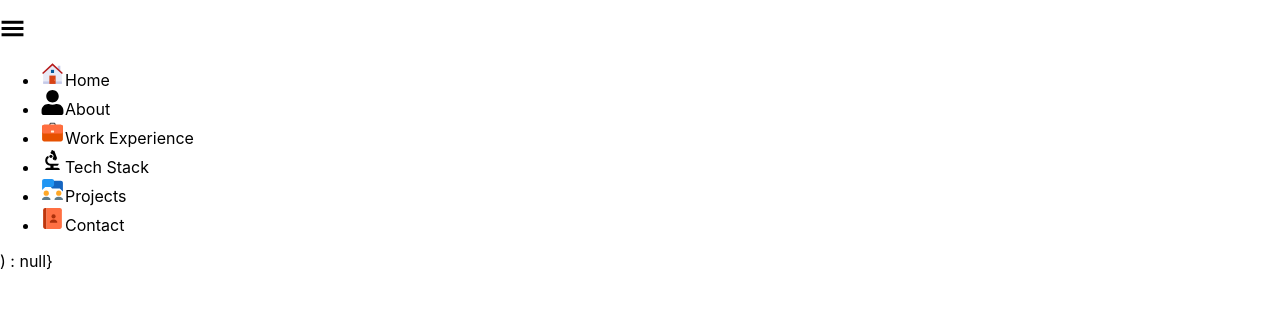
Repository: Laoye99/portfolio
Page: /
An editor plug-in stored every save of this project. The page is shown before and after a run of saves, followed by the edit.
The browser window is 1280 px wide. The pictures show the whole page.
The project was rebuilt for these pictures with package versions that can differ from the ones it lists, and the page was loaded fresh each time. Also part of the build but not shown: src/App.css.

Above is the page before, as saved 2024-02-13 10:41:43.

### src/App.js
import './App.css';
import { createContext, useState } from 'react';
import ScrollToTop from 'react-scroll-to-top';
import Navbar from './components/Navbar';

export const ThemeContext = createContext(null);

const App = () => {
  const [theme, setTheme] = useState("light");

  const changeTheme = () => {
    setTheme((prev) => (prev === "light" ? "dark" : "light"));
  };
  return (
    <ThemeContext.Provider value={{ theme, changeTheme }}>
    <div id={theme}>
    <Navbar/>
    </div>
    <ScrollToTop
    top="200"
    smooth
    height="20"
    width="20"
    color="white"
    style={{ borderRadius: "90px ", backgroundColor: "#38004c" }}
    />
    </ThemeContext.Provider>
  );
}

export default App;

### src/components/Navbar.js
import { useState } from "react";
import {GiHamburgerMenu} from "react-icons/gi";
import { Link } from "react-scroll";
import {
    FcHome,
    FcBriefcase,
    FcContacts,
    FcCollaboration  } from "react-icons/fc";
import {FaUser} from "react-icons/fa";
import {MdBiotech, } from "react-icons/md";
import { AiOutlineFileText } from 'react-icons/ai';



const Navbar = () => {
    const [open, setOpen] = useState(false);

    const handleClick = () => {
        setOpen(!open);
    };
    return(
        <div className="navbar">
        <div className="navbar-header">
        <p>
        <GiHamburgerMenu size={25} onClick={handleClick} />
        </p>
        </div>

        <div className="nav">
        <ul>
        <li className="nav-item">
        <Link
        to="home"
        spy={true}
        smooth={true}
        duration={100}
        offset={-100}
        >
        <FcHome size={25}/>
        Home
        </Link>
        </li>
        <li className="nav-item">
        <Link
        to="about"
        spy={true}
        smooth={true}
        duration={100}
        offset={-100}
        >
        <FaUser size={25} color='#000000'/>
        About
        </Link>
        </li>
        <li className="nav-item">
        <Link
        to="project"
        spy={true}
        smooth={true}
        duration={100}
        offset={-100}
        >
        <FcBriefcase  size={25}/>
        Work Experience
        </Link>
        </li>
        <li className="nav-item">
        <Link
        to="stack"
        spy={true}
        smooth={true}
        duration={100}
        offset={-100}
        >
        <MdBiotech size={25} color='#000000'/>
        Tech Stack
        </Link>
        </li>
        <li className="nav-item">
        <Link
        to="project"
        spy={true}
        smooth={true}
        duration={100}
        offset={-100}
        >
        <FcCollaboration   size={25} />
        Projects
        </Link>
        </li>
        <li className="nav-item">
        <Link
        to="contact"
        spy={true}
        smooth={true}
        duration={100}
        offset={-100}
        >
        <FcContacts size={25}/>
        Contact
        </Link>
        </li>
        </ul>
        </div>
        ) : null}
        </div>
    );
};

export default Navbar;

Loaded but not shown: public/index.html (common file); src/index.js (common file); src/index.css (common file); src/reportWebVitals.js (common file)

After the next 9 saves:
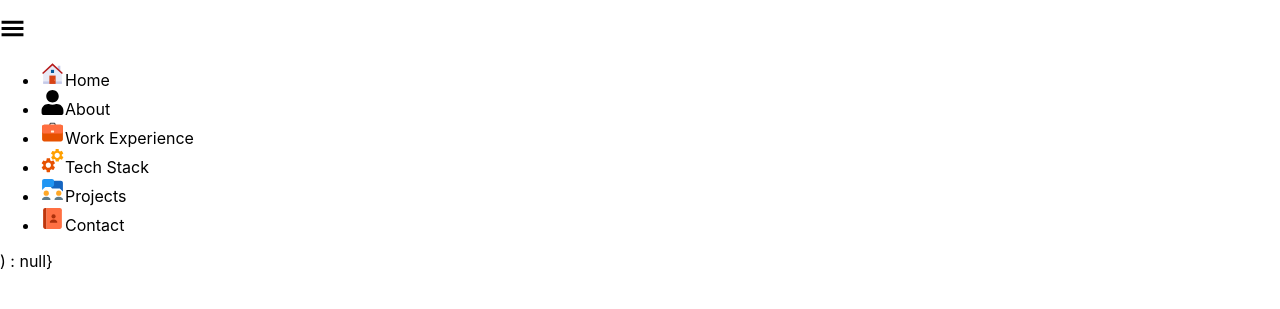
The 9 saves are shown as one change because 4 did not build or start and some came seconds apart.
The last was saved 3 min 38 s later.
--- a/src/components/Navbar.js
+++ b/src/components/Navbar.js
@@ -5,7 +5,8 @@ import {
     FcHome,
     FcBriefcase,
     FcContacts,
-    FcCollaboration  } from "react-icons/fc";
+    FcServices,
+    FcCollaboration } from "react-icons/fc";
 import {FaUser} from "react-icons/fa";
 import {MdBiotech, } from "react-icons/md";
 import { AiOutlineFileText } from 'react-icons/ai';
@@ -72,7 +73,7 @@ const Navbar = () => {
         duration={100}
         offset={-100}
         >
-        <MdBiotech size={25} color='#000000'/>
+        <FcServices  size={25} color='#000000'/>
         Tech Stack
         </Link>
         </li>
